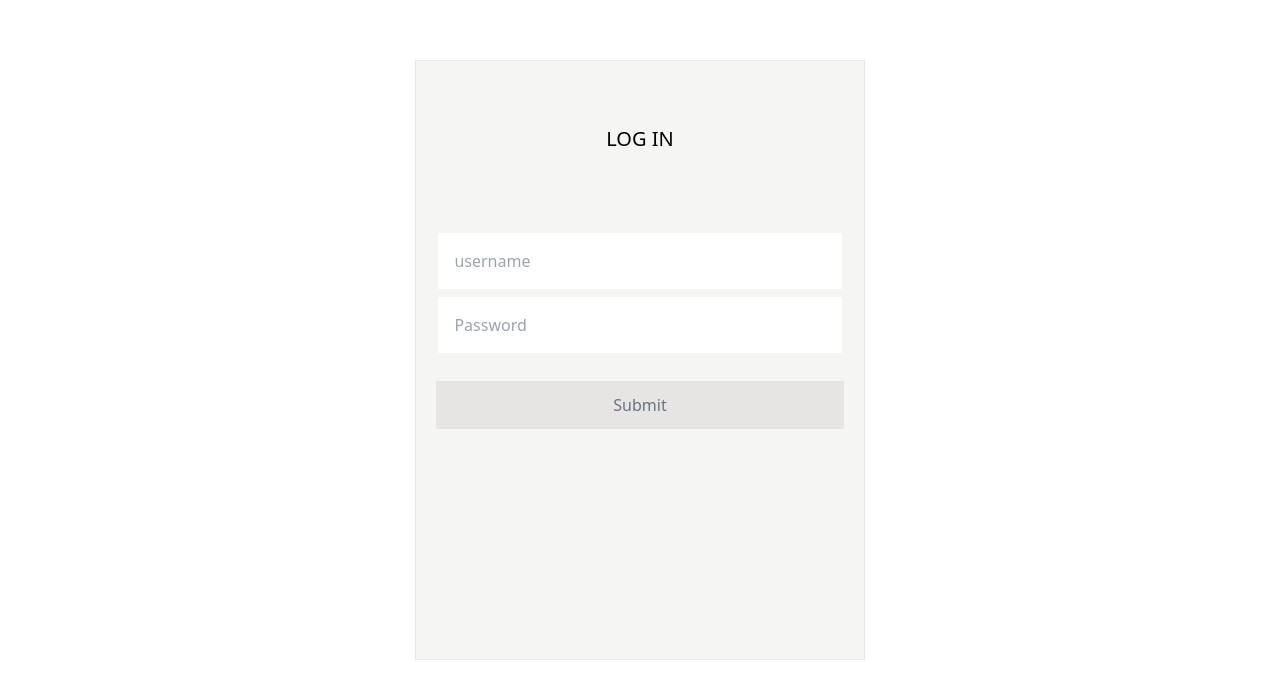
Repository: hsumyatm7308/oop-loginregister-php
Page: http://localhost/login.php
These files come from the project's save history. The page is drawn as it stood at one moment and after the next save; the edit follows.
The browser window is 1280 px wide. The pictures show the whole page.
Some web libraries are served in a nearby version. The page is run by PHP 8.4 with error messages shown; the project is at /var/www/html/.

Above is the page before, as saved 2023-08-01 23:36:06.

### login.php

<?php
session_start();
require_once 'oopfunction.php';


?>


<!DOCTYPE html>
<html>

<head>
    <title>Login</title>

    <script src="https://cdn.tailwindcss.com"></script>


</head>

<body class="w-screen h-screen  flex justify-center items-center flex-col">

    <div class="w-[450px] h-[600px] bg-stone-100 border flex items-center flex-col">

        <h1 class="text-xl text-black uppercase mt-16">Log in</h1>

        <form action="" method="post" id="form" class="w-full flex justify-center items-center flex-col mt-20">

            <div class="page w-full flex justify-center items-center">
                <input type="text" name="username" class="w-[90%] p-4 mb-2 focus:outline-none" placeholder="username">
            </div>

            <div class="page w-full flex justify-center items-center">
                <input type="password" name="password" class="w-[90%] p-4 mb-2 focus:outline-none"
                    placeholder="Password">
            </div>





            <div class="w-full flex justify-center items-center">
                <button type="submit" id="next"
                    class="w-full bg-stone-200 text-gray-500 p-3 m-5 hover:opacity-80 hover:text-gray-800">Submit </button>
            </div>

        </form>


        <div id="footer" class="w-full flex justify-center items-center flex-col mt-32 hidden">
            <div>
                Don't you have account? <a href="">Register</a>
            </div>
        </div>
    </div>

</body>

</html>

### oopfunction.php
<?php


class Connection
{
    public $dbhost = "localhost";
    public $dbuser = "root";
    public $dbname = "hmmdb";
    public $password = "";


    public $conn;


    public function __construct()
    {
        try {

            $this->conn = new PDO("mysql:dbhost=$this->dbhost;dbname=$this->dbname", $this->dbuser, $this->password);
            $this->conn->setAttribute(PDO::ATTR_ERRMODE, PDO::ERRMODE_EXCEPTION);

            // echo "connection successfull";


        } catch (Exception $e) {
            echo "Error Found : " . $e->getMessage();
        }
    }
}

class Register extends Connection
{
    // Function to register user in the database
    public function insertUserInfo($fullname, $username, $email, $address, $phone, $password, $comfirmpass)
    {
        try {
            $duplicate = $this->conn->prepare('SELECT * FROM loginregister WHERE username = :username OR email = :email');
            $duplicate->bindParam(':username', $username, PDO::PARAM_STR);
            $duplicate->bindParam(':email', $email, PDO::PARAM_STR);
            $duplicate->execute();

            $row = $duplicate->rowCount();

            if ($row > 0) {
                return 10;

                // username and email taken
            } else {
                if ($password == $comfirmpass) {
                    try {
                        $stmt = $this->conn->prepare("INSERT INTO loginregister (fullname, username, email, address,phone, password) VALUES (:fullname, :username, :email, :address,:phone, :password)");
                        $stmt->bindParam(':fullname', $fullname);
                        $stmt->bindParam(':username', $username);
                        $stmt->bindParam(':email', $email);
                        $stmt->bindParam(':address', $address);
                        $stmt->bindParam(':phone', $phone);
                        $stmt->bindParam(':password', $password);
                        $stmt->execute();
                        return 1;

                    } catch (Exception $e) {
                        echo "Error Found: " . $e->getMessage();
                    }
                } else {
                    return 100;
                }
            }
        } catch (Exception $e) {
            echo "Error Found: " . $e->getMessage();
        }





    }
}
class Login extends Connection
{
    public $id;

    public function loginUser($username, $password)
    {
        try {
            $stmt = $this->conn->prepare('SELECT id, password FROM loginregister WHERE username = :username');
            $stmt->bindParam(':username', $username, PDO::PARAM_STR);
            $stmt->execute();

            $user = $stmt->fetch(PDO::FETCH_ASSOC);


            if ($row > 0) {

                // username and email taken
            } else {
                return 100;
            }



        } catch (Exception $e) {
            die("Error: " . $e->getMessage());
        }



    }
}


class Logout extends Connection
{
    public function logoutUser($id)
    {
        try {
            $logout = $this->conn->prepare('SELECT * FROM loginregister WHERE id = :id');
            return $logout->fetch(PDO::FETCH_ASSOC);

        } catch (Exception $e) {
            echo "Error Found : " . $e->getMessage();
        }
    }

}


$obj = new Connection();

if ($_SERVER['REQUEST_METHOD'] === "POST") {
    $reg = new Register();

    $fullname = textfilter($_POST['fullname']);
    $username = textfilter($_POST["username"]);
    $email = textfilter($_POST["email"]);
    $address = textfilter($_POST["address"]);
    $phone = textfilter($_POST["phone"]);
    $password = textfilter($_POST["password"]);
    $comfirmpass = textfilter($_POST["comfirm"]);

    $returnresult = $reg->insertUserInfo($fullname, $username, $email, $address, $phone, $password, $comfirmpass);

    if ($returnresult === 10) {
        echo "<div class=''>Username or email already taken!</div>";
    } elseif ($returnresult === 1) {
        $_SESSION['email'] = $email;
        $_SESSION['password'] = $password;
        header("Location:logout.php");
        exit();
    } elseif ($returnresult === 100) {
        echo "<div class=''>Password doesn't match!</div>";
    }
}



if ($_SERVER['REQUEST_METHOD'] === "POST") {
    $log = new Login();

    $username = textfilter($_POST["username"]);
    $password = textfilter($_POST["password"]);

    $return = $log->loginUser($username, $password);

    if ($return === 20) {
        echo "<div class=''>Username and Password don't match</div>";
    } elseif ($return === 2) {
        header("Location: logout.php");
        exit();
    } elseif ($return === 200) {
        header("Location: register.php");
        exit();
    }





}


function textfilter($data)
{
    $data = trim($data);
    $data = htmlspecialchars($data);
    $data = stripcslashes($data);

    return $data;
}

?>

After the next save:
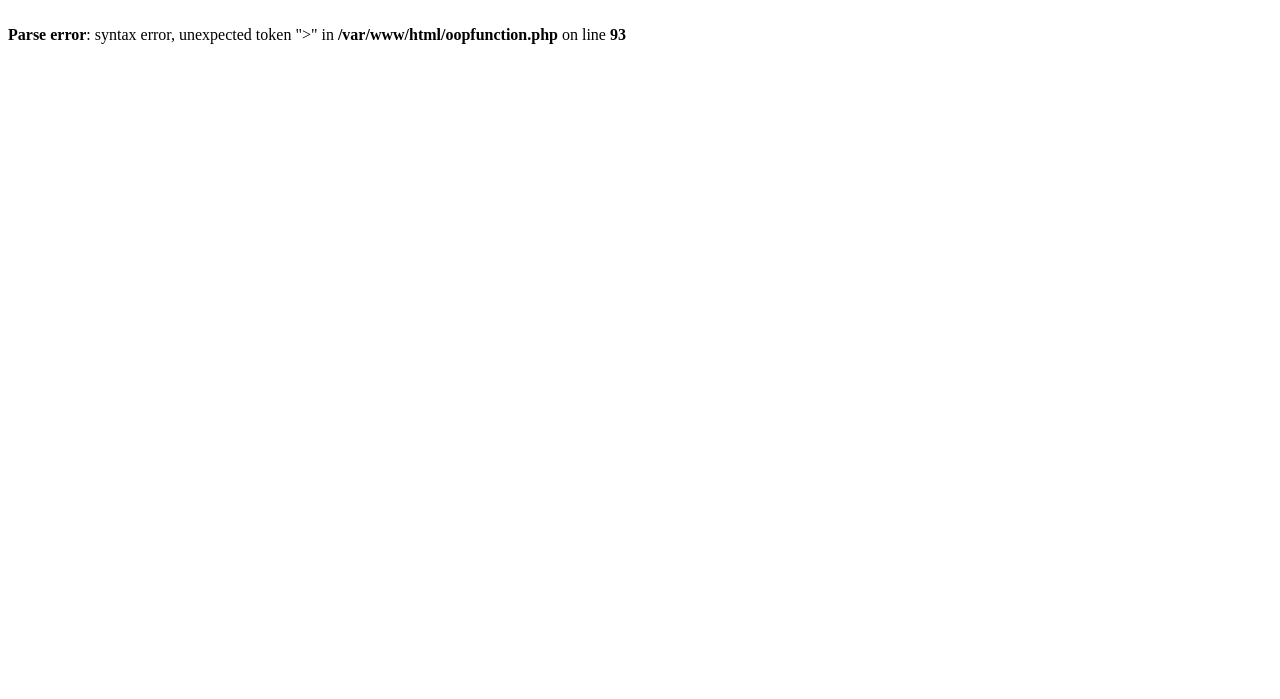
Saved 33 s later.
--- a/oopfunction.php
+++ b/oopfunction.php
@@ -87,9 +87,10 @@
             $stmt->execute();
 
             $user = $stmt->fetch(PDO::FETCH_ASSOC);
+            $row = $duplicate->rowCount();
 
 
-            if ($row > 0) {
+            if ($row. > 0) {
 
                 // username and email taken
             } else {

After the save that followed:
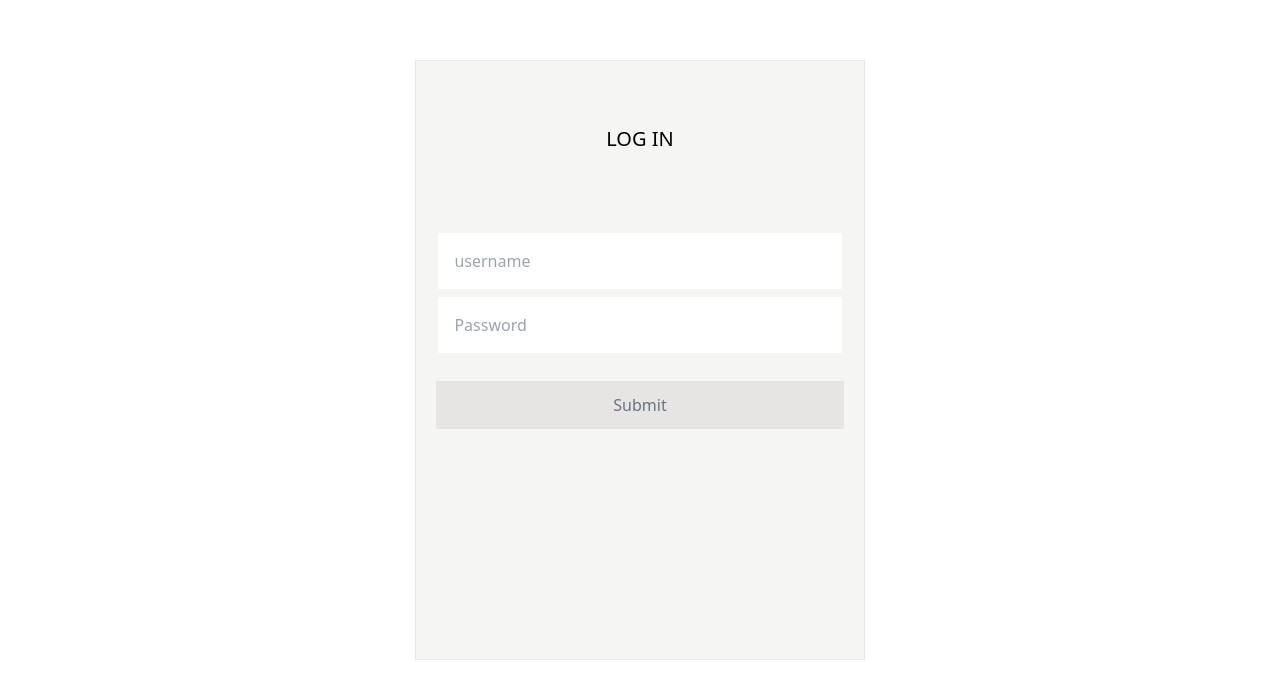
Saved 4 s later.
--- a/oopfunction.php
+++ b/oopfunction.php
@@ -90,7 +90,7 @@
             $row = $duplicate->rowCount();
 
 
-            if ($row. > 0) {
+            if ($row > 0) {
 
                 // username and email taken
             } else {
